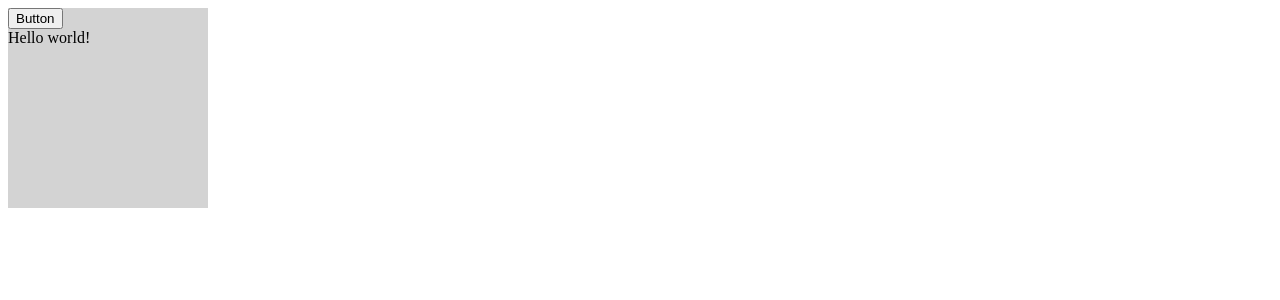
Repository: ezotop/react_ts_props-hook-router-event-req
Page: /
The author's editor kept a copy of each file at every save. The page is drawn from the files as they stood at one save, then again after the next save.
The browser window is 1280 px wide. The pictures show the whole page.
The project was rebuilt for these pictures with package versions that can differ from the ones it lists, and the page was loaded fresh each time.

Above is the page before, as saved 2021-04-19 20:59:45.

### src/App.tsx
import React from 'react';
import Card, { CardVariant } from './component/Card';

const App = () => {
    return (
        <div>
            <Card variant={CardVariant.primary} width={'200px'} height={'200px'}>
                <button>Button</button>
                <div>Hello world!</div>
            </Card>
        </div>
    );
};

export default App;

### src/component/Card.tsx
import React from 'react';

export enum CardVariant {
    outlined = 'outlined',
    primary = 'primary'
}

interface CardProps {
    width?: string // ? - если хотим сделать не обязательным
    height?: string
    children?: React.ReactChild | React.ReactNode
    variant: CardVariant
}

const Card: React.FC<CardProps> = ({width, height, variant, children}) => {
    return (
        <div style={{width, height,
            border: variant === CardVariant.outlined ? '1px solid lightgray' : 'none',
            background: variant === CardVariant.primary ? 'lightgray' : ''
            }}>
            {children}
        </div>
    );
};

export default Card;

Loaded but not shown: public/index.html (common file); src/index.tsx (common file)

After the next save:
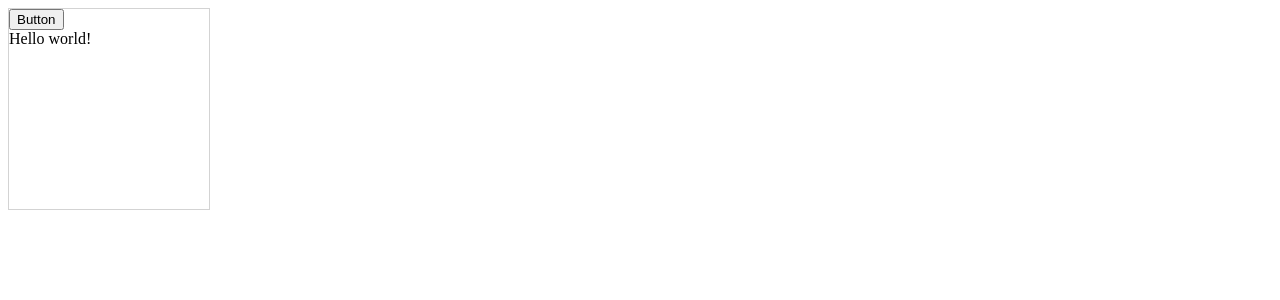
Saved 11 s later.
--- a/src/App.tsx
+++ b/src/App.tsx
@@ -4,7 +4,7 @@
 const App = () => {
     return (
         <div>
-            <Card variant={CardVariant.primary} width={'200px'} height={'200px'}>
+            <Card variant={CardVariant.outlined} width={'200px'} height={'200px'}>
                 <button>Button</button>
                 <div>Hello world!</div>
             </Card>

After the save that followed:
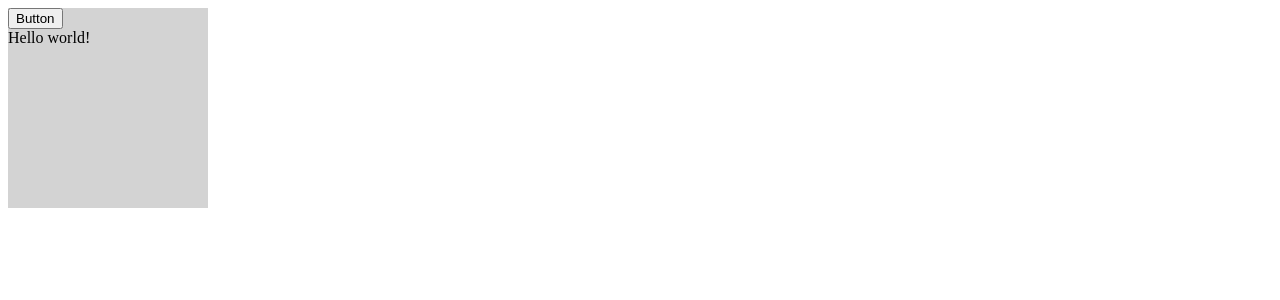
Saved 8 s later.
--- a/src/App.tsx
+++ b/src/App.tsx
@@ -4,7 +4,7 @@
 const App = () => {
     return (
         <div>
-            <Card variant={CardVariant.outlined} width={'200px'} height={'200px'}>
+            <Card variant={CardVariant.primary} width={'200px'} height={'200px'}>
                 <button>Button</button>
                 <div>Hello world!</div>
             </Card>
